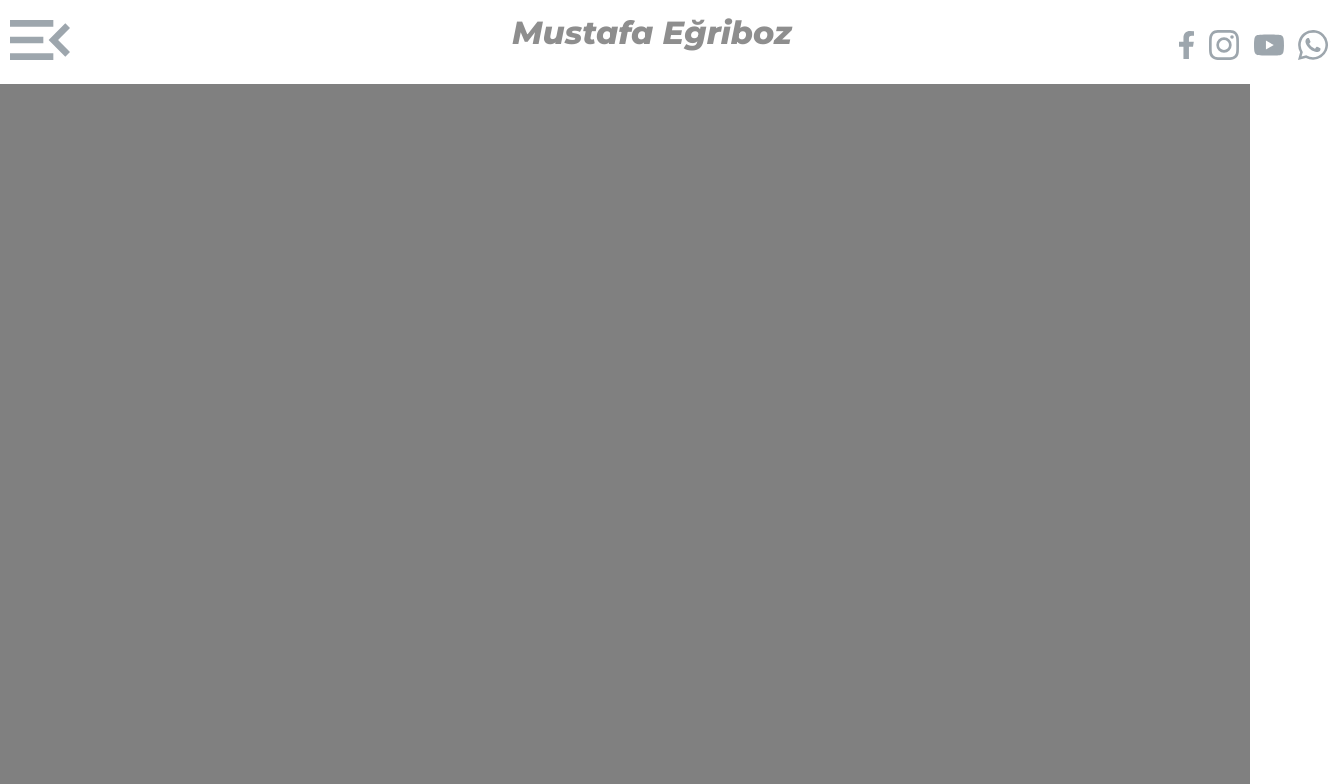
Repository: CengoCengo/m.e-gallery-web-site
Page: index.html
An editor plug-in stored every save of this project. The page is shown before and after the next save, followed by the edit.
The browser window is 1280 px wide. The page is 1328 px wide, then 1299 px, so the pictures cover 1328 px, including what lies to the right of the window. The pictures show the whole page.

Above is the page before, as saved 2021-02-06 15:18:14.
Console error: TypeError: Cannot read properties of null (reading 'style')

After the next save:
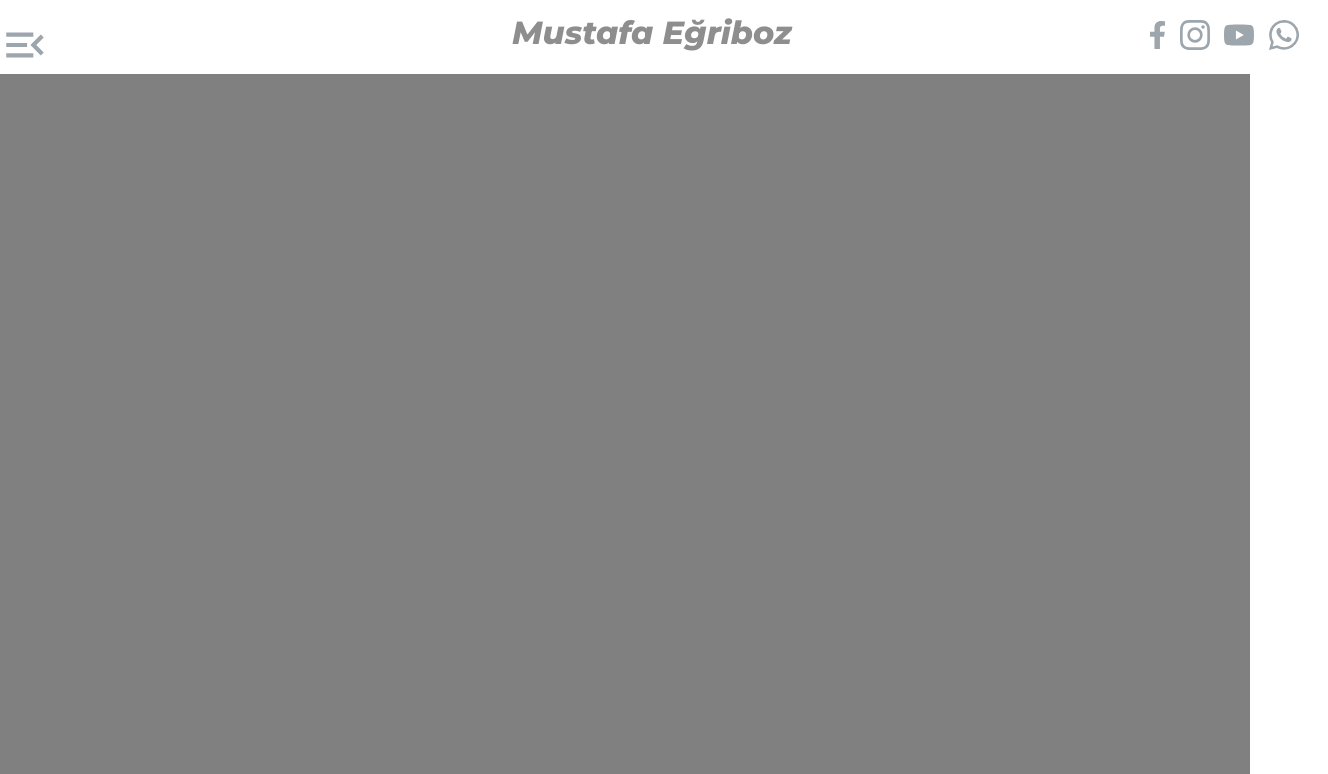
Saved 15 s later.
--- a/styles/style.css
+++ b/styles/style.css
@@ -22,7 +22,7 @@
 
 }
 
-#icon-menu img{
+#icon-menu {
     display: inline-block;
     width: 50px;
     height: 50px;
